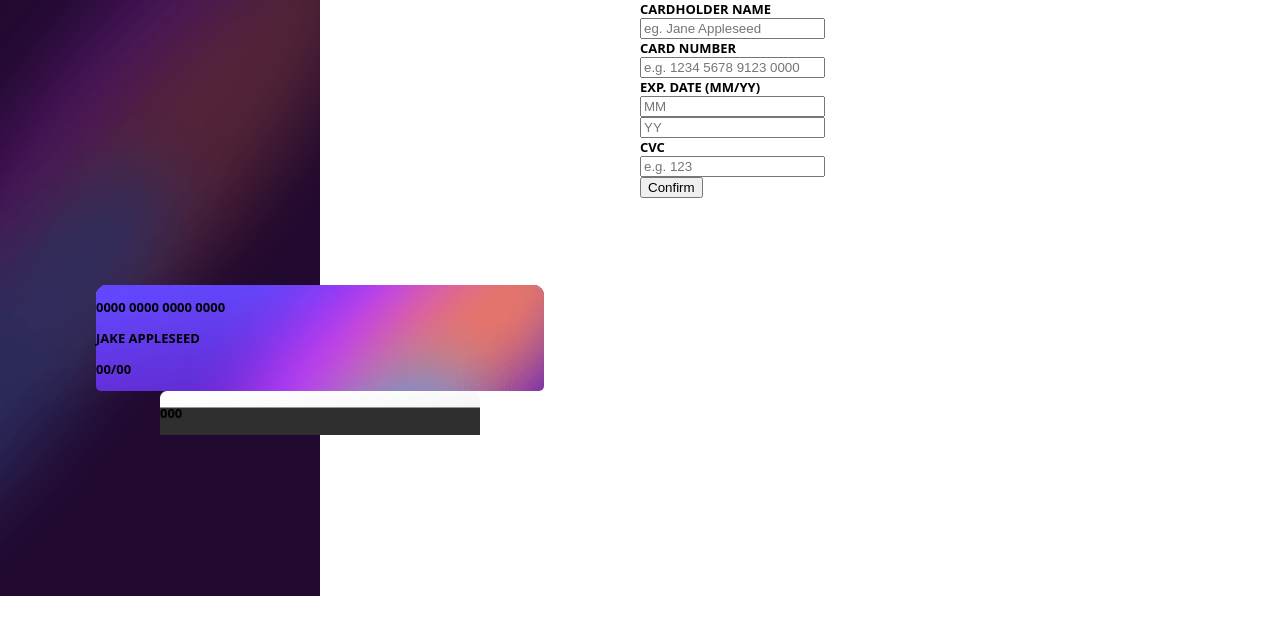
Repository: Celebration-cloud/my-project
Page: interactive-card-details-form-main/index.html
An editor plug-in stored every save of this project. The page is shown before and after a run of saves, followed by the edit.
The browser window is 1280 px wide. The pictures show the whole page.

Above is the page before, as saved 2023-08-22 18:46:40.

### interactive-card-details-form-main/index.html
<!DOCTYPE html>
<html lang="en">
<head>
  <meta charset="UTF-8">
  <meta name="viewport" content="width=device-width, initial-scale=1.0"> <!-- displays site properly based on user's device -->

  <link rel="icon" type="image/png" sizes="32x32" href="./images/favicon-32x32.png">
  <link rel="stylesheet" href="index.css">

  <title>Frontend Mentor | Interactive card details form</title>

  <!-- Feel free to remove these styles or customise in your own stylesheet 👍 -->
  <style>
    .attribution { font-size: 11px; text-align: center; }
    .attribution a { color: hsl(228, 45%, 44%); }
  </style>
</head>
<body>
  <div class="container">
    <section id="section-a" class="section-a">
      <div id="card">
        <div id="profile"></div><span id="detail"></span>
        <p id="card-number">0000 0000 0000 0000</p>
        <p id="card-name">JAKE APPLESEED</p>
        <p id="exp-date">00/00</p>
      </div>
      <div id="card-back">
        <p>000</p>
      </div>

    </section>
    <!-- Add your site or application content here -->
    <!-- Card Details Form Section-->
    <section id="section-b" class="section-b">
      <form action="">
        <label for="name" id="cardholder-numeber-label">CARDHOLDER NAME</label><br/>
        <input name="name" id="cardholder-numeber-input" aria-required="false" placeholder="eg. Jane Appleseed" required/><br/>
        <label for="card-number" id="card-number-label">CARD NUMBER</label><br/>
        <input name="card-number" id="card-number-input" type="tel" aria-required="false" placeholder="e.g. 1234 5678 9123 0000" required/><br/>
        <label for="expire-date" id="expire-date-label">EXP. DATE (MM/YY)</label><br/>
        <input name="expire-date" id="expire-date" type="tel" aria-required="false" placeholder="MM" required/><br/>
        <input name="expire-date" id="expire-date2" type="tel" aria-required="false" placeholder="YY" required/><br/>
        <label for="cvc" id="cvc-label">CVC</label><br/>
        <input name="cvc" aria-required="false" id="cvc" type="tel" placeholder="e.g. 123" required/><br/>
        <button type="submit">Confirm</button>
      </form>

    </section>
  </div>

  <!-- 0000 0000 0000 0000
  00/00

  000

  Cardholder Name
  e.g. Jane Appleseed

  Card Number
  e.g. 1234 5678 9123 0000

  Exp. Date (MM/YY)
  MM
  YY

  CVC
  e.g. 123

  Confirm -->

  <!-- Completed state start -->

  <!-- Thank you!
  We've added your card details
  Continue -->

  <!-- <div class="attribution">
    Challenge by <a href="https://www.frontendmentor.io?ref=challenge" target="_blank">Frontend Mentor</a>.
    Coded by <a href="#">Your Name Here</a>.
  </div> -->
</body>
</html>

### interactive-card-details-form-main/index.css
body{
    font-family: system-ui, -apple-system, BlinkMacSystemFont, 'Segoe UI', Roboto, Oxygen, Ubuntu, Cantarell, 'Open Sans', 'Helvetica Neue', sans-serif;
    font-weight: bolder;
    font-size: small;
    margin: 0;
    padding: 0;
}
.container{
    display: flex;
}
#section-a{
    background-image: url(images/bg-main-desktop.png);
    background-size: 50%;
    background-repeat: no-repeat;
    width: 50%;
    height: 100vh;
    display: flex;
    flex-direction: column;
    justify-content: center;
}
#card{
    background-image: url(images/bg-card-front.png);
    width: 70%;
    background-size: cover;
    border-radius: 5px;
    align-self: center;

}
#card-back{
    background-image: url(images/bg-card-back.png);
    background-size: cover;
    width: 50%;

    align-self: center;
}

After the next 4 saves:
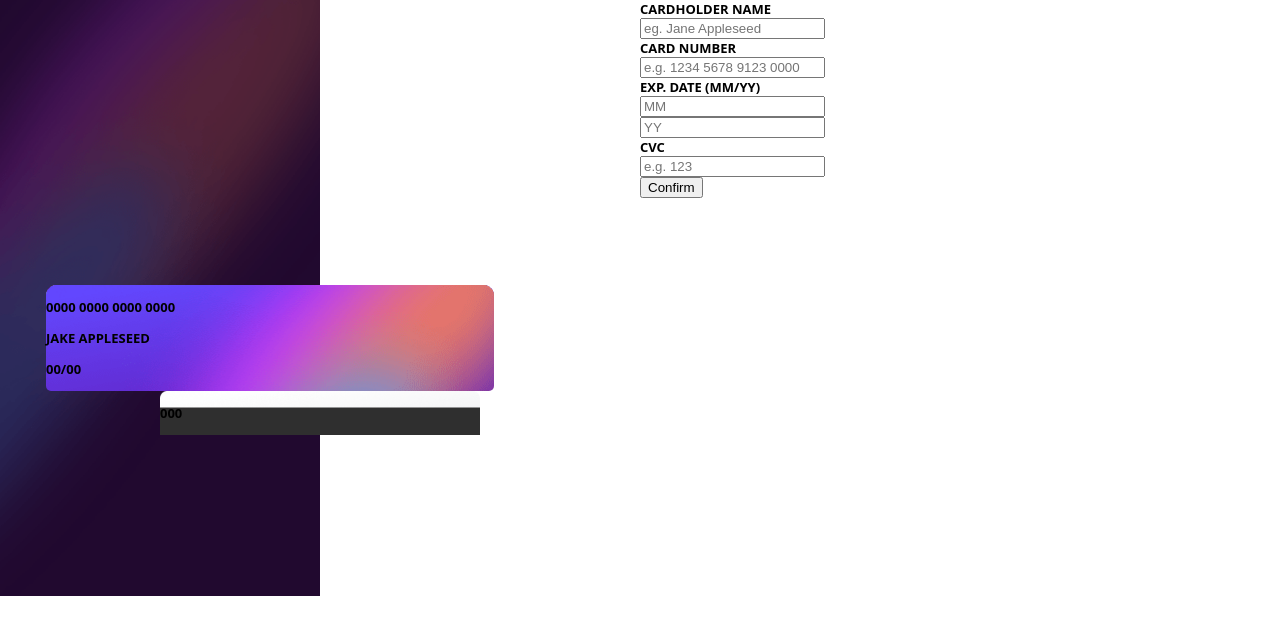
The 4 saves are shown as one change because they came seconds apart.
The last was saved 11 s later.
--- a/interactive-card-details-form-main/index.css
+++ b/interactive-card-details-form-main/index.css
@@ -24,7 +24,7 @@ body{
     background-size: cover;
     border-radius: 5px;
     align-self: center;
-
+    margin-left: -100px;
 }
 #card-back{
     background-image: url(images/bg-card-back.png);
